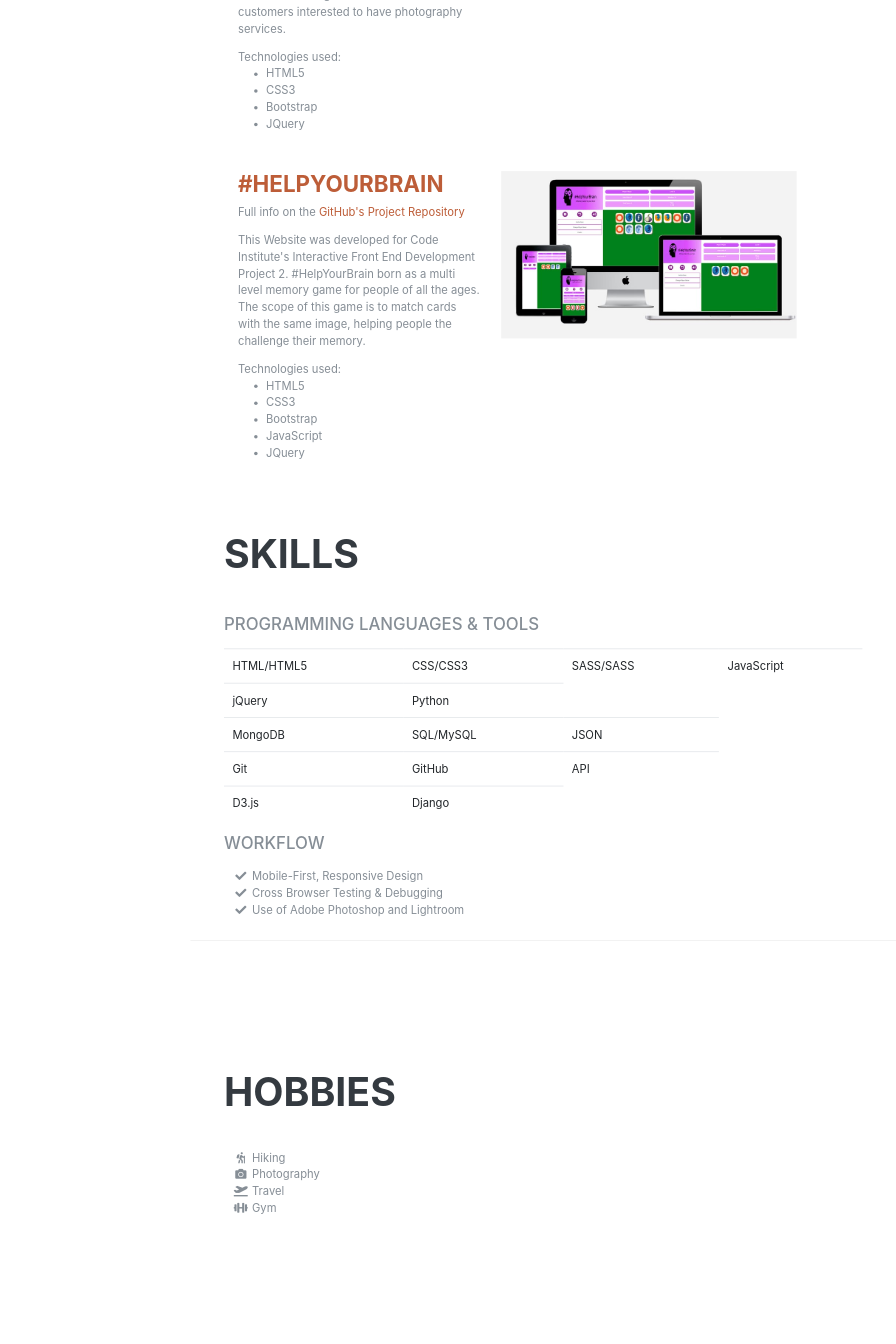
Repository: gello94/antonio_augello_online_Resume
Page: http://localhost/
The author's editor kept a record of every edit. The page is drawn from the files as they stood at one moment, then again after the next edit.
The browser window is 1280 px wide. The pictures show the part of the page from y = 2819 to 4739 px (the page is 4739 px tall), at 70% of full size.
Some web fonts or font styles are not loaded; a fallback is used. The page is served by the project's application, run on Flask 3 (run.py). Other server files are loaded and not shown.

Above is the page before.

### templates/index.html
<!DOCTYPE html>
<html lang="en">

<head>

  <meta charset="utf-8">
  <meta name="viewport" content="width=device-width, initial-scale=1, shrink-to-fit=no">
  <meta name="author" content="Antonio Augello">

  <title>Antonio Augello Resume</title>

  <!-- Bootstrap core CSS -->
  <link href="{{ url_for('static', filename='vendor/bootstrap/css/bootstrap.min.css')}}" rel="stylesheet">

  <!-- Custom fonts for this template -->
  <link href="https://fonts.googleapis.com/css?family=Saira+Extra+Condensed:500,700" rel="stylesheet">
  <link href="https://fonts.googleapis.com/css?family=Muli:400,400i,800,800i" rel="stylesheet">
  <link href="{{ url_for('static', filename='vendor/fontawesome-free/css/all.min.css')}}" rel="stylesheet">

  <!-- Custom styles for this template -->
  <link href="{{ url_for('static', filename='css/resume.min.css')}}" rel="stylesheet">
  <link href="{{ url_for('static', filename='css/main.css')}}" rel="stylesheet">

</head>

<body id="page-top">

  <nav class="navbar navbar-expand-lg navbar-dark bg-primary fixed-top" id="sideNav">
    <a class="navbar-brand js-scroll-trigger" href="#page-top">
      <span class="d-block d-lg-none">Antonio Augello</span>
      <span class="d-none d-lg-block">
        <img class="img-fluid img-profile rounded-circle mx-auto mb-2" src="static/img/img_profile.jpg" alt="Profile Image">
      </span>
    </a>
    <button class="navbar-toggler" type="button" data-toggle="collapse" data-target="#navbarSupportedContent" aria-controls="navbarSupportedContent" aria-expanded="false" aria-label="Toggle navigation">
      <span class="navbar-toggler-icon"></span>
    </button>
    <div class="collapse navbar-collapse" id="navbarSupportedContent">
      <ul class="navbar-nav">
        <li class="nav-item">
          <a class="nav-link js-scroll-trigger" href="#about">About</a>
        </li>

        <li class="nav-item">
          <a class="nav-link js-scroll-trigger" href="#education">Education</a>
        </li>

        <li class="nav-item">
          <a class="nav-link js-scroll-trigger" href="#experience">Experience</a>
        </li>
        <li class="nav-item">
          <a class="nav-link js-scroll-trigger" href="#portfolio">Portfolio</a>
        </li>
        <li class="nav-item">
          <a class="nav-link js-scroll-trigger" href="#skills">Skills</a>
        </li>
        <li class="nav-item">
          <a class="nav-link js-scroll-trigger" href="#interests">Hobbies</a>
        </li>
      </ul>
    </div>
  </nav>

  <div class="container-fluid p-0">

    <!-- Header -->
    <section class="resume-section p-3 p-lg-5 d-flex align-items-center" id="about">
      <div class="w-100">
        <h1 class="mb-0">Antonio
          <span class="text-primary">Augello</span>
        </h1>
        <div class="subheading mb-5">62 Fisherman's Quay, Grove Island, Co. Limerick · (+353) 85285293 ·
          <a href="mailto:name@email.com">toni.gello94@gmail.com</a>
        </div>
        <p class="lead mb-5">Working as a Nurse, currently studying at Code Institute to be a Full Stack Software Web Developer, passionate about Web Software Development and UX/UI. Photographer as hobbyist with Knowledge of Adobe Photoshop and Adobe Lightroom. My actual
          goal is to be a Full Stack Wed Developer following my passion that i grow since I was a kid</p>
        <div class="social-icons">
          <a href="https://www.linkedin.com/in/antonio-augello-aba83911a/">
            <i class="fab fa-linkedin-in"></i>
          </a>
          <a href="https://github.com/gello94">
            <i class="fab fa-github"></i>
          </a>
        </div>
      </div>
    </section>
    <!-- /Header -->

    <hr class="m-0">

    <!-- Education Section -->
    <section class="resume-section p-3 p-lg-5 d-flex align-items-center" id="education">
      <div class="w-100">
        <h2 class="mb-5">Education</h2>

        <div class="resume-item d-flex flex-column flex-md-row justify-content-between mb-5">
          <div class="resume-content">
            <h3 class="mb-0">Code Institute</h3>
            <div class="subheading mb-3">Full Stack Diploma in Software Development</div>
            <div>Modules: </div>
            <p>HTML Fundamentals ~ CSS Fundamentals~ JavaScript Fundamentals ~ Python Fundamentals ~Practical Python ~User Centric Frontend Development~ Interactive Centric Frontend Development </p>
          </div>
          <div class="resume-date text-md-right">
            <span class="text-primary">August 2018 - Present</span>
          </div>
        </div>

        <div class="resume-item d-flex flex-column flex-md-row justify-content-between">
          <div class="resume-content">
            <h3 class="mb-0">University of Studies "G. D'Annunzio" of Chieti</h3>
            <div class="subheading mb-3">Nursing Degree </div>
          </div>
          <div class="resume-date text-md-right">
            <span class="text-primary">September 2013 - July 2016</span>
          </div>
        </div>
      </div>
    </section>
    <!-- /Education Section -->

    <hr class="m-0">

    <!-- Experience Section -->
    <section class="resume-section p-3 p-lg-5 d-flex justify-content-center" id="experience">
      <div class="w-100">
        <h2 class="mb-5">Experience</h2>

        <div class="resume-item d-flex flex-column flex-md-row justify-content-between mb-5">
          <div class="resume-content">
            <h3 class="mb-0">HDU Staff Nurse </h3>
            <div class="subheading mb-3">High Dependency Unit - University Hospital Limerick </div>
            <div>Main Role and Responsibilities: </div>
            <ul>
              <li>Maintain the prepared standard protocol of asepsis strictly.</li>
              <li>Check all electrical points, pipe line 02, in built suckers for proper working condition. </li>
              <li>Communicate with concerned person for proper maintenance of unit. </li>
              <li>Prepare the drugs, crash trolley, etc. properly. </li>
              <li>Check Oxygen, Carbon dioxide, Nitrous Oxide etc. for proper use. </li>
              <li>Check monitor, ventilator, all life saving gadgets for proper working condition. </li>
              <li>Provide special care to the patient guided by the Medical Officer e.g. endo-trachial suction. </li>
            </ul>

          </div>
          <div class="resume-date text-md-right">
            <span class="text-primary">June 2017 - January 2019</span>
          </div>
        </div>

        <div class="resume-item d-flex flex-column flex-md-row justify-content-between mb-5">
          <div class="resume-content">
            <h3 class="mb-0">Orthopedic Staff Nurse </h3>
            <div class="subheading mb-3">Croom Hospital - University Hospital Limerick </div>
            <div>Main Role and Responsibilities: </div>
            <ul>
              <li>Manage post operative pain and surgical site.</li>
              <li>Assess patient's condition and monitor post-surgical recover. </li>
              <li>Implement post-surgical treatment plan and provide detailed report to medical/ nurse for patient transfer/admission. </li>
              <li>Identify/Initiate emergent situations and procedures. </li>
              <li>Provide patient care according to the hospital processes, policies and procedures. </li>
              <li> Recognize clinical abnormalities then communicated with anesthesiologist in reference to diagnosing and treating of clinical problems. </li>
              <li> Ensure care provided is in accordance with standards established by the HSE, NMBI, HIQA, and other regulatory agencies. </li>
              <li>Provide acute care for post-operative patients recovering from anesthesia in POCU.</li>
              <li>Educate and support patient and family on care of patient.</li>
            </ul>

          </div>
          <div class="resume-date text-md-right">
            <span class="text-primary">January 2019 - Present</span>
          </div>
        </div>

      </div>

    </section>
    <!-- /Experience Section -->

    <hr class="m-0">

    <!-- Portfolio Section -->
    <section class="resume-section p-3 p-lg-5 d-flex align-items-center" id="portfolio">
      <div class="w-100">
        <h2 class="mb-5">Portfolio</h2>

        <!-- Portfolio Grid Items -->
        <div class="row">

          <!--Portfolio 1-->
          <div class="portfolio-section">
            <div class="col-12">
              <div class="row">
                <div class="col-xs-12 col-md-5">
                  <div class="portfolio-head">
                    <h3><a href="https://gello94.github.io/first-milestone-antonio/" target="_blank">Augello PhotoWorld</a></h3>
                  </div>
                  <div class="info_project">
                    <p>Full info on the <a href="https://github.com/gello94/first-milestone-antonio">GitHub's Project Repository</a></p>
                    <p>This Website was developed for Code Institute's User Centic Front End Development Project 1 and is an advertising website of myself as photographer to promote my photography services. It's a five pages responsive website, each area
                      is build to made easily the navigation trough the contents and to give all the info needed to the customers interested to have photography services.
                    </p>
                    <div class="list_technologies">
                      <div>Technologies used:</div>
                      <ul>
                        <li>HTML5</li>
                        <li>CSS3</li>
                        <li>Bootstrap</li>
                        <li>JQuery</li>
                      </ul>
                    </div>
                  </div>
                </div>
                <div class="col-xs-12 col-md-7">
                  <div class="Portfolio-body">
                    <img class="img-fluid img_portfolio" src="static/img/project1.jpg" alt="Project 1">
                  </div>
                </div>
              </div>
            </div>
          </div>

          <hr class="m-0">

          <!--Portfolio 2-->
          <div class="portfolio-section">
            <div class="col-12">
              <div class="row">
                <div class="col-xs-12 col-md-5">
                  <div class="portfolio-head">
                    <h3><a href="https://gello94.github.io/second-milestone-antonio/" target="_blank">#HELPYOURBRAIN</a></h3>
                  </div>
                  <div class="info_project">
                    <p>Full info on the <a href="https://github.com/gello94/second-milestone-antonio">GitHub's Project Repository</a></p>
                    <p>This Website was developed for Code Institute's Interactive Front End Development Project 2. #HelpYourBrain born as a multi level memory game for people of all the ages. The scope of this game is to match cards with the same image,
                      helping people the challenge their memory.</p>
                    <div class="list_technologies">
                      <div>Technologies used:</div>
                      <ul>
                        <li>HTML5</li>
                        <li>CSS3</li>
                        <li>Bootstrap</li>
                        <li>JavaScript</li>
                        <li>JQuery</li>
                      </ul>
                    </div>
                  </div>
                </div>
                <div class="col-xs-12 col-md-7">
                  <div class="Portfolio-body">
                    <img class="img-fluid img_portfolio" src="static/img/project2.jpg" alt="Project 1">
                  </div>
                </div>
              </div>

            </div>
          </div>

          <!-- /.row -->

        </div>
    </section>


    <!-- Skills Section -->
    <section class="resume-section p-3 p-lg-5 d-flex align-items-center" id="skills">
      <div class="w-100">
        <h2 class="mb-5">Skills</h2>

        <div class="subheading mb-3">Programming Languages &amp; Tools</div>
        <table class="table">
          <thead>

          </thead>
          <tbody>
            <tr>
              <td>HTML/HTML5</td>
              <td>CSS/CSS3</td>
              <td>SASS/SASS</td>
              <td>JavaScript</td>
            </tr>
            <tr>
              <td>jQuery</td>
              <td>Python</td>
            </tr>
            <tr>
              <td>MongoDB</td>
              <td>SQL/MySQL</td>
              <td>JSON</td>
            </tr>
            <tr>
              <td>Git</td>
              <td>GitHub</td>
              <td>API</td>
            </tr>
            <tr>
              <td>D3.js</td>
              <td>Django</td>
            </tr>
          </tbody>
        </table>
        </ul>

        <div class="subheading mb-3">Workflow</div>
        <ul class="fa-ul mb-0">
          <li>
            <i class="fa-li fa fa-check"></i> Mobile-First, Responsive Design</li>
          <li>
            <i class="fa-li fa fa-check"></i> Cross Browser Testing &amp; Debugging</li>
          <li>
            <i class="fa-li fa fa-check"></i> Use of Adobe Photoshop and Lightroom</li>
        </ul>
      </div>

    </section>

    <hr class="m-0">

    <!-- Hobbies Section -->
    <section class="resume-section p-3 p-lg-5 d-flex align-items-center" id="interests">
      <div class="w-100">
        <h2 class="mb-5">Hobbies</h2>
        <div class="subheading mb-3"></div>
        <ul class="fa-ul mb-0">
          <li>
            <i class="fa-li fa fa-hiking"></i> Hiking
          </li>
          <li>
            <i class="fa-li fa fa-camera"></i> Photography
          </li>
          <li>
            <i class="fa-li fa fa-plane-departure"></i> Travel
          </li>
          <li>
            <i class="fa-li fa fa-dumbbell"></i> Gym </li>
        </ul>
      </div>
    </section>
    <!-- /Hobbies Section -->

    </div>

    <!-- Bootstrap core JavaScript -->
    <script src="{{ url_for('static', filename='vendor/jquery/jquery.min.js')}}"></script>
    <script src="{{ url_for('static', filename='vendor/bootstrap/js/bootstrap.bundle.min.js')}}"></script>

    <!-- Plugin JavaScript -->
    <script src="{{ url_for('static', filename='vendor/jquery-easing/jquery.easing.min.js')}}"></script>

    <!-- Custom scripts for this template -->
    <script src="{{ url_for('static', filename='js/resume.min.js')}}"></script>

</body>

</html>

### run.py
import os
from flask import Flask, render_template

app = Flask(__name__)
app.secret_key = "some_secret"

@app.route('/')
def index():
    return render_template("index.html")


if __name__ == '__main__':
    app.run(host=os.environ.get('IP'),
            port=int(os.environ.get("PORT")),
            debug=True)

### static/css/main.css
#sideNav .navbar-brand .img-profile {
    border: 0px;
}

#sideNav .navbar-brand .img-profile:hover:active {

    -ms-transform: scale(1.5, 1.5);
    /* IE 9 */
    -webkit-transform: scale(1.5, 1.5);
    /* Safari 3-8 */
    transform: scale(1.5, 1.5);
    margin-bottom: 15px;
}

@media (min-width: 992px) {
    #sideNav .navbar-brand {

        padding-bottom: 1.5rem;
    }
}

.d-block .d-lg-none {
    padding-bottom: 15px;
}

.bg-primary {
    background-color: #ea5914!important;
}

.text-primary {
    color: #ea5914!important;
}

@media (min-width: 768px) {
    section.resume-section {
        min-height: 80vh!important;
    }
}

@media (min-width: 992px) {
    section.resume-section {
        padding-top: 2rem!important;
        padding-bottom: 2rem!important;
    }
}

.img_portfolio {
    height: auto;
    max-height: 85%;
    width: auto;
    max-width: 85%;
}

.portfolio-section {
    padding: 20px;
    width: 100%;
}

Loaded but not shown: static/css/resume.min.css (library); static/js/resume.min.js (common file)

After the next edit:
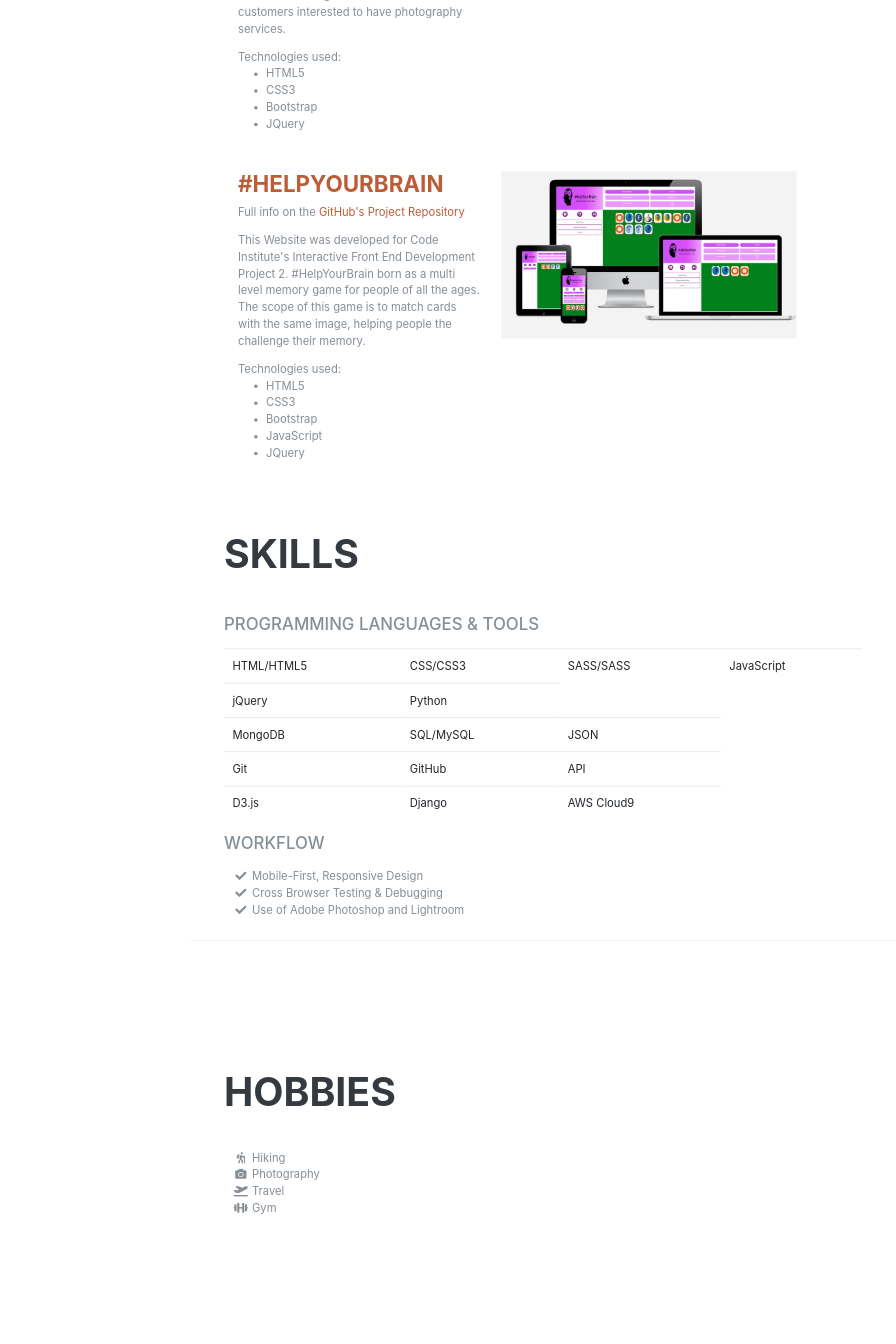
The edit:
--- a/templates/index.html
+++ b/templates/index.html
@@ -293,6 +293,8 @@
             <tr>
               <td>D3.js</td>
               <td>Django</td>
+              <td>AWS Cloud9</td>
+
             </tr>
           </tbody>
         </table>
